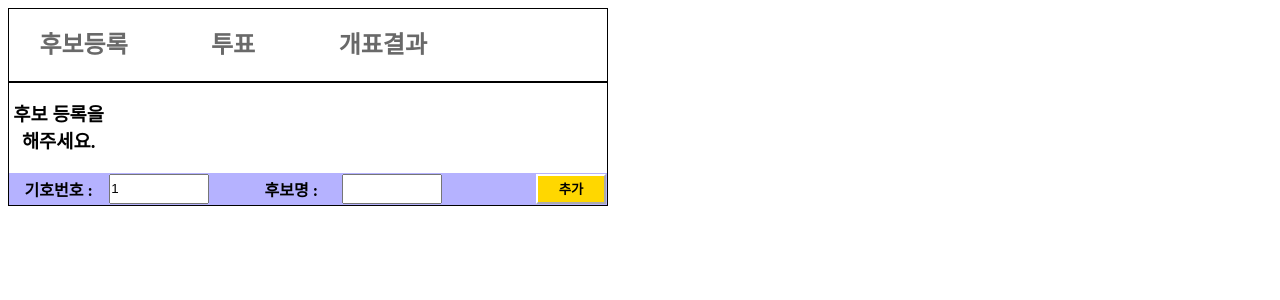
Repository: noheul1030/KOPO-HTML
Page: http://localhost/Tupyo/Tupyo/A_01.jsp
An editor plug-in stored every save of this project. The page is shown before and after a run of saves, followed by the edit.
The browser window is 1280 px wide. The pictures show the whole page.
The page is served by Tomcat 9. Queries for data that is not in the repository find no rows.

Above is the page before, as saved 2023-06-03 15:43:31.

After the next 2 saves:
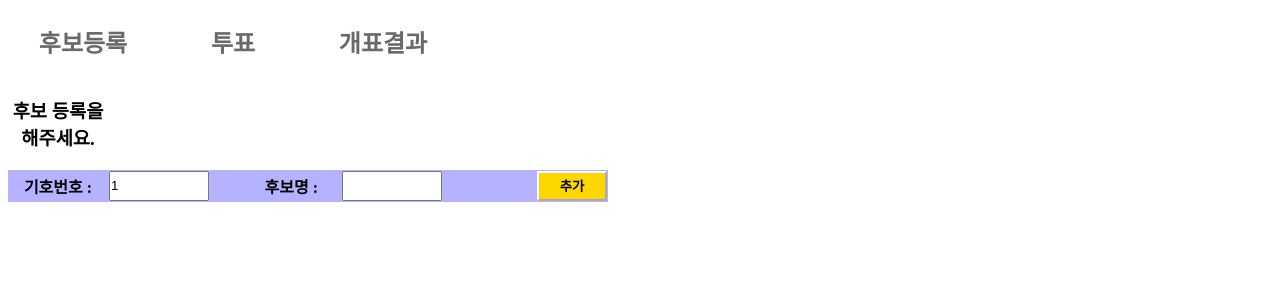
The 2 saves are shown as one change because they came seconds apart.
The last was saved 19 s later.
--- a/Tupyo/src/main/webapp/Tupyo/A_01.jsp
+++ b/Tupyo/src/main/webapp/Tupyo/A_01.jsp
@@ -9,7 +9,7 @@
 <html>
     <head>
     	<style>
-    		table {text-align: center; border: 1px solid black; width: 600px; border-collapse: collapse;}
+    		table {text-align: center; border: 0; solid black; width: 600px; border-collapse: collapse;}
     		a {text-decoration-line: none;  color: #696969;}
     		h2,h3 {margin-top: 15px; text-align: center;}
     		.fourth {
